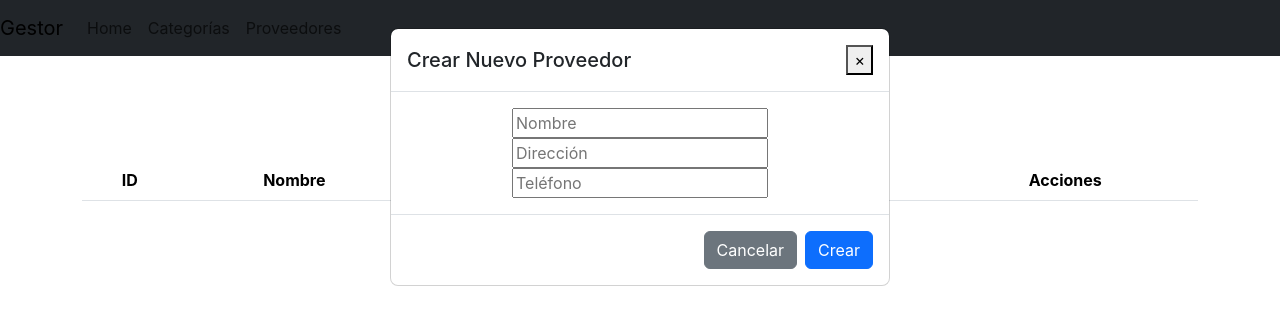
Repository: SantiagoGuaman/gestor-app
Page: /providers, after clicking the first element matching `button`
These files come from the project's save history. The page is drawn as it stood at one moment and after the next save; the edit follows.
The browser window is 1280 px wide. The pictures show the whole page.
The page's requests for data from a server got no answer. The project was rebuilt for these pictures with package versions that can differ from the ones it lists, and the page was loaded fresh each time. No one was signed in, and anything a server would have sent is missing. Also part of the build but not shown: src/App.css, src/Categories/GetDataCategories.js, src/HomePage/HomePage.js.

Above is the page before, as saved 2024-02-14 11:37:56.

### public/index.html
<!DOCTYPE html>
<html lang="en">
  <head>
    <meta charset="utf-8" />
    <link rel="icon" href="%PUBLIC_URL%/favicon.ico" />
    <meta name="viewport" content="width=device-width, initial-scale=1" />
    <meta name="theme-color" content="#000000" />
    <meta
      name="description"
      content="Web site created using create-react-app"
    />
    <link rel="apple-touch-icon" href="%PUBLIC_URL%/logo192.png" />
    <!--
      manifest.json provides metadata used when your web app is installed on a
      user's mobile device or desktop. See https://developers.google.com/web/fundamentals/web-app-manifest/
    -->
    <link href="https://cdn.jsdelivr.net/npm/bootstrap@5.3.2/dist/css/bootstrap.min.css" rel="stylesheet" integrity="sha384-T3c6CoIi6uLrA9TneNEoa7RxnatzjcDSCmG1MXxSR1GAsXEV/Dwwykc2MPK8M2HN" crossorigin="anonymous">
    <link rel="manifest" href="%PUBLIC_URL%/manifest.json" />
    <!--
      Notice the use of %PUBLIC_URL% in the tags above.
      It will be replaced with the URL of the `public` folder during the build.
      Only files inside the `public` folder can be referenced from the HTML.

      Unlike "/favicon.ico" or "favicon.ico", "%PUBLIC_URL%/favicon.ico" will
      work correctly both with client-side routing and a non-root public URL.
      Learn how to configure a non-root public URL by running `npm run build`.
    -->
    <title>Gestor APP</title>
  </head>
  <body>
    <noscript>You need to enable JavaScript to run this app.</noscript>
    <div id="root"></div>
    <!--
      This HTML file is a template.
      If you open it directly in the browser, you will see an empty page.

      You can add webfonts, meta tags, or analytics to this file.
      The build step will place the bundled scripts into the <body> tag.

      To begin the development, run `npm start` or `yarn start`.
      To create a production bundle, use `npm run build` or `yarn build`.
    -->
  </body>
  <script src="https://cdn.jsdelivr.net/npm/bootstrap@5.3.2/dist/js/bootstrap.bundle.min.js" integrity="sha384-C6RzsynM9kWDrMNeT87bh95OGNyZPhcTNXj1NW7RuBCsyN/o0jlpcV8Qyq46cDfL" crossorigin="anonymous"></script>
</html>

### src/App.js
import { BrowserRouter, Route, Routes } from 'react-router-dom';
import './App.css';
import GetDataCategories from './Categories/GetDataCategories';
import NavBar from './NavBar/NavBar';
import GetDataProviders from './Proveedores/GetDataProviders';
import HomePage from './HomePage/HomePage';

function App() {
  return (
    <div>
      <BrowserRouter>
        <NavBar />
        <Routes>
          <Route exact path='/' element={<HomePage />} />
          <Route exact path='/categories' element={<GetDataCategories />} />
          <Route exact path='/providers' element={<GetDataProviders />} />
        </Routes>
      </BrowserRouter>
    </div>
  );
}

export default App;

### src/NavBar/NavBar.js
import React from 'react'
import { Link } from 'react-router-dom'

function NavBar() {
    return (
        <nav className="navbar navbar-expand-lg navbar-light bg-dark lg">
            <Link className="navbar-brand" to="/">Gestor</Link>
            <button className="navbar-toggler" type="button" data-toggle="collapse" data-target="#navbarNav" aria-controls="navbarNav" aria-expanded="false" aria-label="Toggle navigation">
                <span className="navbar-toggler-icon"></span>
            </button>
            <div className="collapse navbar-collapse" id="navbarNav">
                <ul className="navbar-nav">
                    <li className="nav-item active">
                        <Link className="nav-link" to="/">Home</Link>
                    </li>
                    <li className="nav-item">
                        <Link className="nav-link" to="/categories">Categorías</Link>
                    </li>
                    <li className="nav-item">
                        <Link className="nav-link" to="/providers">Proveedores</Link>
                    </li>
                </ul>
            </div>
        </nav>
    )
}

export default NavBar

### src/Proveedores/GetDataProviders.js
import React, { useEffect, useState } from 'react'

function GetDataProviders() {

    const endPoint = 'http://localhost:8080/api/proveedores';

    const [proveedores, setProveedores] = useState([]);
    const [newProveedor, setNewProveedor] = useState({
        nombre: '',
        direccion: '',
        telefono: ''
    });
    const [editProveedor, setEditProveedor] = useState({
        nombre: '',
        direccion: '',
        telefono: ''
    });
    const [isCreateModalOpen, setCreateModalOpen] = useState(false);

    const fetchData = async () => {
        try {
            const response = await fetch(endPoint);
            if (response.ok) {
                const data = await response.json();
                setProveedores(data);
            }
        } catch (error) {
            console.error("Error fetching data:", error);
        }
    };

    const handleCreate = async () => {
        try {
            const response = await fetch(endPoint, {
                method: 'POST',
                headers: {
                    'Content-Type': 'application/json',
                },
                body: JSON.stringify(newProveedor),
            });

            if (response.ok) {
                console.log('Proveedor creado exitosamente');
                fetchData();
                setNewProveedor({
                    nombre: '',
                    direccion: '',
                    telefono: ''
                });
                setCreateModalOpen(false);
            } else {
                console.error('Error al crear el Proveedor');
            }
        } catch (error) {
            console.error('Error al procesar la solicitud de creación:', error);
        }
    };

    const handleEdit = (proveedor) => {
        setEditProveedor(proveedor);
    };

    const handleUpdate = async () => {
        try {
            const response = await fetch(`${endPoint}/${editProveedor.id}`, {
                method: 'PUT',
                headers: {
                    'Content-Type': 'application/json',
                },
                body: JSON.stringify(editProveedor),
            });

            if (response.ok) {
                console.log('Proveedor actualizado exitosamente');
                fetchData();
                setEditProveedor({
                    id: null,
                    nombre: '',
                    direccion: '',
                    telefono: ''
                });
            } else {
                console.error('Error al actualizar el Proveedor');
            }
        } catch (error) {
            console.error('Error al procesar la solicitud de actualización:', error);
        }
    };

    const handleDelete = async (id) => {
        try {
            const response = await fetch(`${endPoint}/${id}`, {
                method: 'DELETE',
            });

            if (response.ok) {
                console.log('Proveedor eliminado exitosamente');
                fetchData();
            } else {
                console.error('Error al eliminar al Proveedor');
            }
        } catch (error) {
            console.error('Error al procesar la solicitud de eliminación:', error);
        }
    }


    useEffect(() => {
        fetchData();
    }, []);

    return (
        <div className='container text-center mt-5'>
            <h1>Lista de Proveedores</h1>
            <table className="table table-hover">
                <thead>
                    <tr>
                        <th>ID</th>
                        <th>Nombre</th>
                        <th>Dirección</th>
                        <th>Teléfono</th>
                        <th>Acciones</th>
                    </tr>
                </thead>
                <tbody>
                    {proveedores.map((proveedor) => (
                        <tr key={proveedor.id_proveedor}>
                            <td>{proveedor.id_proveedor}</td>
                            <td>{proveedor.nombre}</td>
                            <td>{proveedor.direccion}</td>
                            <td>{proveedor.telefono}</td>
                            <td>
                                <button className='btn btn-secondary' onClick={() => handleEdit(proveedor)}>Editar</button>
                                <button className='btn btn-danger' onClick={() => handleDelete(proveedor.id_proveedor)}>Eliminar</button>
                            </td>
                        </tr>
                    ))}
                </tbody>
            </table>
            <button onClick={() => setCreateModalOpen(true)}>Crear Proveedor</button>
            {isCreateModalOpen && (
                <div className="modal" tabIndex="-1" role="dialog" style={{ display: 'block' }}>
                    <div className="modal-dialog" role="document">
                        <div className="modal-content">
                            <div className="modal-header">
                                <h5 className="modal-title">Crear Nuevo Proveedor</h5>
                                <button type="button" className="close" data-dismiss="modal" aria-label="Close" onClick={() => setCreateModalOpen(false)}>
                                    <span aria-hidden="true">&times;</span>
                                </button>
                            </div>

                            <div className="modal-body">
                                <input
                                    type="text"
                                    placeholder="Nombre"
                                    value={newProveedor.nombre}
                                    onChange={(e) => setNewProveedor({ ...newProveedor, nombre: e.target.value })}
                                />
                                <input
                                    type="text"
                                    placeholder="Dirección"
                                    value={newProveedor.direccion}
                                    onChange={(e) => setNewProveedor({ ...newProveedor, direccion: e.target.value })}
                                />
                                <input
                                    type="text"
                                    placeholder="Teléfono"
                                    value={newProveedor.telefono}
                                    onChange={(e) => setNewProveedor({ ...newProveedor, telefono: e.target.value })}
                                />
                            </div>
                            <div className="modal-footer">
                                <button type="button" className="btn btn-secondary" onClick={() => setCreateModalOpen(false)}>Cancelar</button>
                                <button type="button" className="btn btn-primary" onClick={handleCreate}>Crear</button>
                            </div>
                        </div>
                    </div>
                </div>

            )}
            {editProveedor.id && (
                <div>
                    <h2>Editar Proveedor</h2>
                    <input
                        type="text"
                        value={editProveedor.nombre}
                        onChange={(e) => setEditProveedor({ ...editProveedor, nombre: e.target.value })}
                    />
                    <input
                        type="text"
                        value={editProveedor.direccion}
                        onChange={(e) => setEditProveedor({ ...editProveedor, direccion: e.target.value })}
                    />
                    <input
                        type="text"
                        value={editProveedor.telefono}
                        onChange={(e) => setEditProveedor({ ...editProveedor, telefono: e.target.value })}
                    />
                    <button className='btn btn-success' onClick={handleUpdate}>Guardar</button>
                </div>
            )}
        </div>
    );
}

export default GetDataProviders

Loaded but not shown: src/index.js (common file); src/index.css (common file); src/reportWebVitals.js (common file)

After the next save:
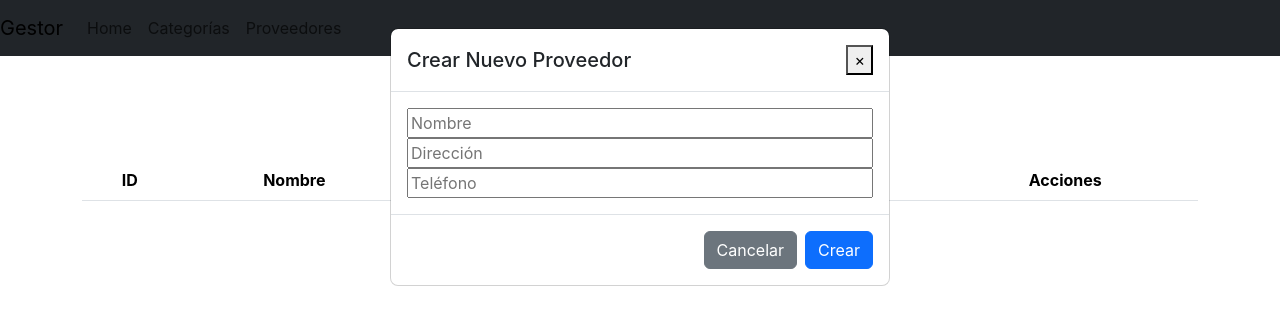
Saved 36 s later.
--- a/src/Proveedores/GetDataProviders.js
+++ b/src/Proveedores/GetDataProviders.js
@@ -149,7 +149,7 @@ function GetDataProviders() {
                                 </button>
                             </div>
 
-                            <div className="modal-body">
+                            <div className="modal-body" style={{ display: 'flex', flexDirection: 'column' }}>
                                 <input
                                     type="text"
                                     placeholder="Nombre"
